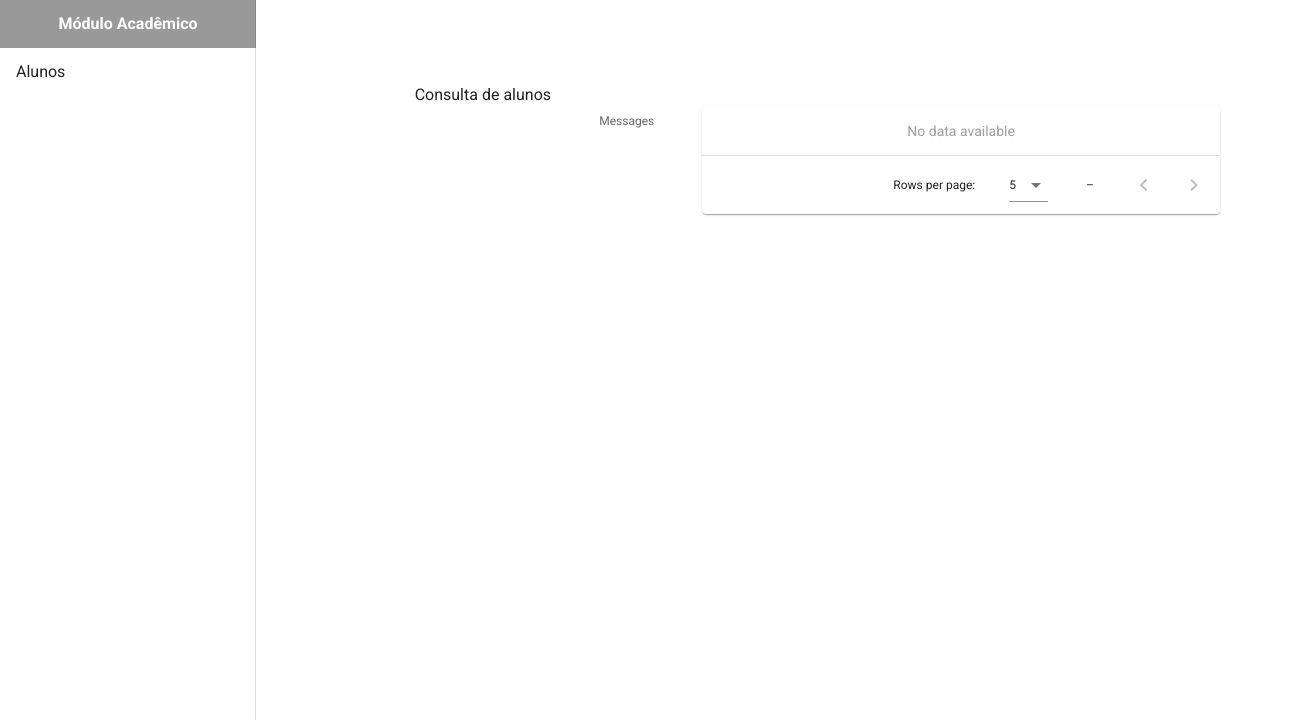
Repository: sergiohidekiono/vue-student
Page: /
These files come from the project's save history. The page is drawn as it stood at one moment and after the next save; the edit follows.
The browser window is 1280 px wide. The page is 1292 px wide, so the pictures cover 1292 px, including what lies to the right of the window. The pictures show the whole page.
The project was rebuilt for these pictures with package versions that can differ from the ones it lists, and the page was loaded fresh each time. Also part of the build but not shown: vue.config.js.

Above is the page before, as saved 2024-08-07 09:58:09.

### src/App.vue
<template>
  <v-app>
    <v-main class="wrapper">
      <StudentList class="wrapper" />
    </v-main>
  </v-app>
</template>

<script>
import StudentList from './components/student-list';

export default {
  name: 'App',

  components: {
    StudentList,
  },

  data: () => ({
    //
  }),
};
</script>

<style>
.wrapper {
  width: 100vw;
  height: 100vh;
  margin: 0;
}
</style>

### src/components/student-list.vue
<template>
    <v-container>
        <v-row>
            <div class="d-flex align-start">
                <v-img :src="require('../assets/logo.png')" class="my-3" />
            </div>
        </v-row>
        <v-row>
            <v-col cols="2">
                <v-navigation-drawer v-model="drawer" app clipped :permanent="false">
                    <v-list>
                        <v-list-item>
                            <v-list-item-content class="header-table" style="padding: 0 !important;">
                                <v-list-item-title style="padding: 0; margin: 0;">
                                    <h4 class="d-flex justify-center">Módulo Acadêmico</h4>
                                </v-list-item-title>
                            </v-list-item-content>
                        </v-list-item>
                        <v-list-item link>
                            <v-list-item-content style="padding: 0;">
                                <v-list-item-title class="ml-4">Alunos</v-list-item-title>
                            </v-list-item-content>
                        </v-list-item>
                    </v-list>
                </v-navigation-drawer>
            </v-col>
            <v-col cols="10">
                <v-row cols="12" justify="center">
                    <v-row>
                        <span>Consulta de alunos</span>
                    </v-row>
                    <v-row>
                        <v-input
                        :messages="['Messages']"></v-input>
                    </v-row>
                    <v-row>
                        <template>
                            <v-data-table :headers="headers" :items="desserts" :items-per-page="5"
                                class="elevation-1"></v-data-table>
                        </template>
                    </v-row>
                </v-row>
            </v-col>
        </v-row>
    </v-container>
</template>

<script>

export default {
    name: 'StudentList',
    data: () => ({
        drawer: true,
    }),
};

</script>

<style scoped>
.v-list-item.theme--light .header-table {
    color: white;
    padding: 0 !important;
}

.v-list-item.theme--light {
    padding: 0 !important;
    background: #999999;
}

.v-list.v-sheet.theme--light {
    padding: 0 !important;
}

.v-list-item.v-list-item--link.theme--light {
    background: white;
}
</style>

Loaded but not shown: public/index.html (common file); src/main.js (common file); src/plugins/vuetify.js (common file)

After the next save:
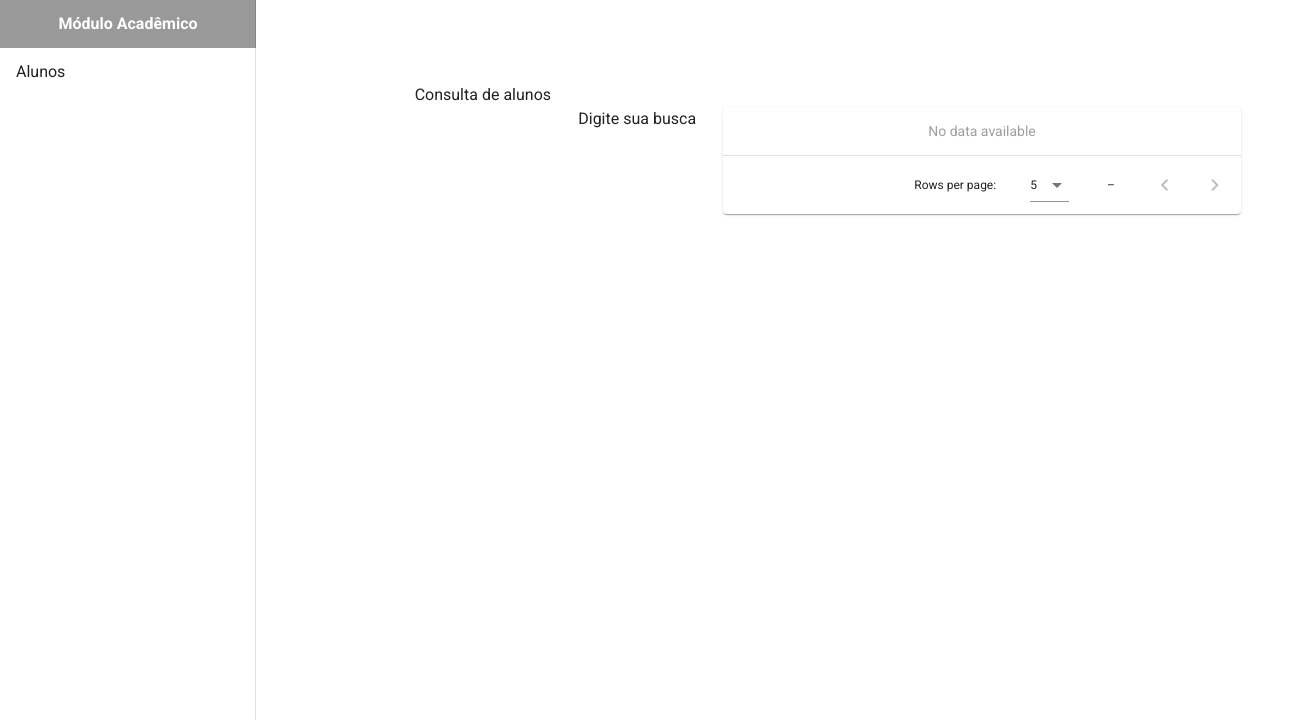
Saved 43 s later.
--- a/src/components/student-list.vue
+++ b/src/components/student-list.vue
@@ -30,8 +30,7 @@
                         <span>Consulta de alunos</span>
                     </v-row>
                     <v-row>
-                        <v-input
-                        :messages="['Messages']"></v-input>
+                        <v-input>Digite sua busca</v-input>
                     </v-row>
                     <v-row>
                         <template>
